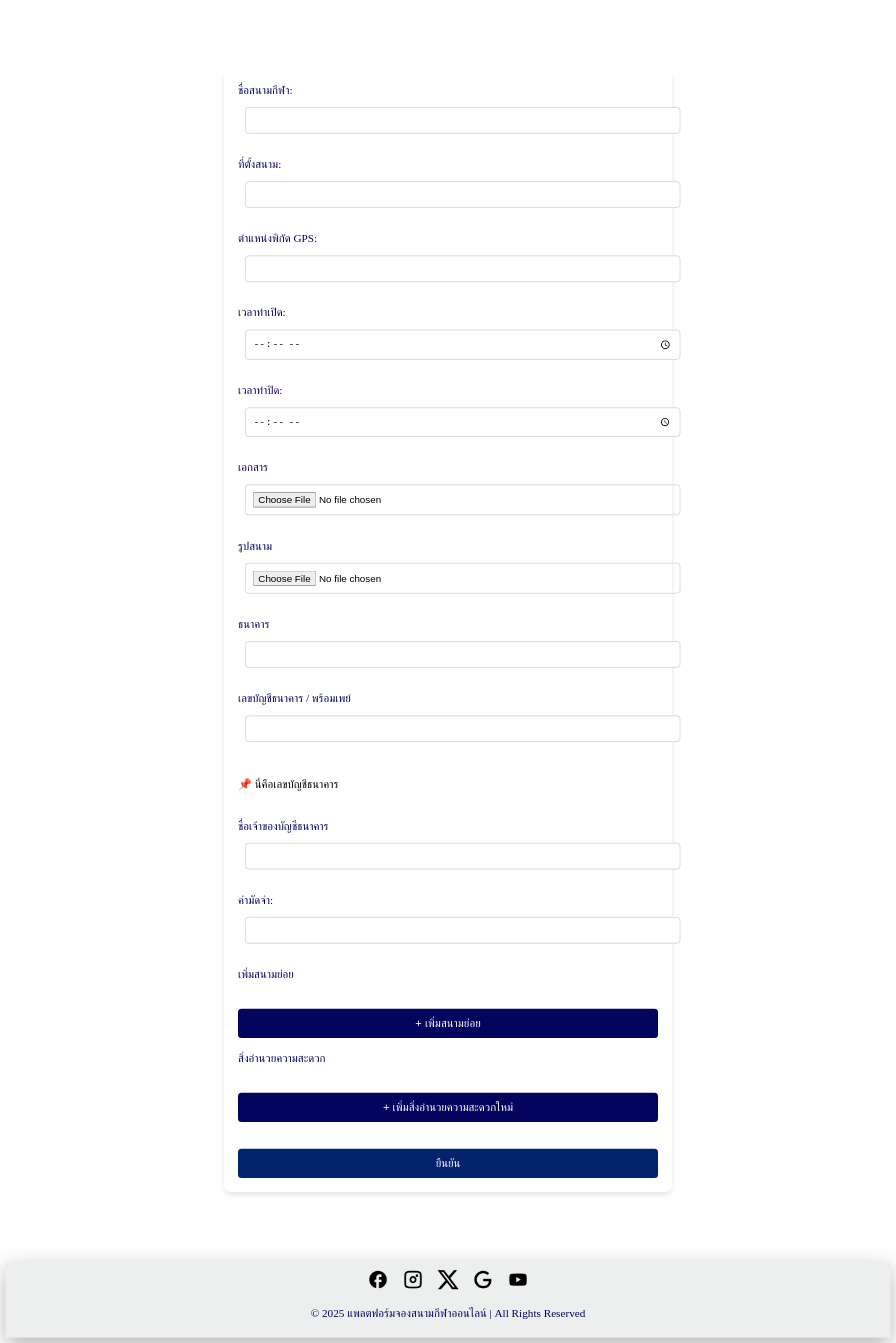
Repository: narawit101/project2
Page: /register-field (app in frontend/)
An editor plug-in stored every save of this project. The page is shown before and after the next save, followed by the edit.
The browser window is 1280 px wide. The pictures show the whole page, at 70% of full size.
The pointer rests on the first visible `.submitbtn`.
The page's requests for data from a server got no answer. The project was rebuilt for these pictures with package versions that can differ from the ones it lists, and the page was loaded fresh each time. The framework's server and built-in components were replaced by stand-ins that run in the browser. No one was signed in, and anything a server would have sent is missing. Also part of the build but not shown: frontend/next.config.js, frontend/next.config.mjs, frontend/src/app/globals.css.

Above is the page before, as saved 2025-03-19 00:17:05.

After the next save:
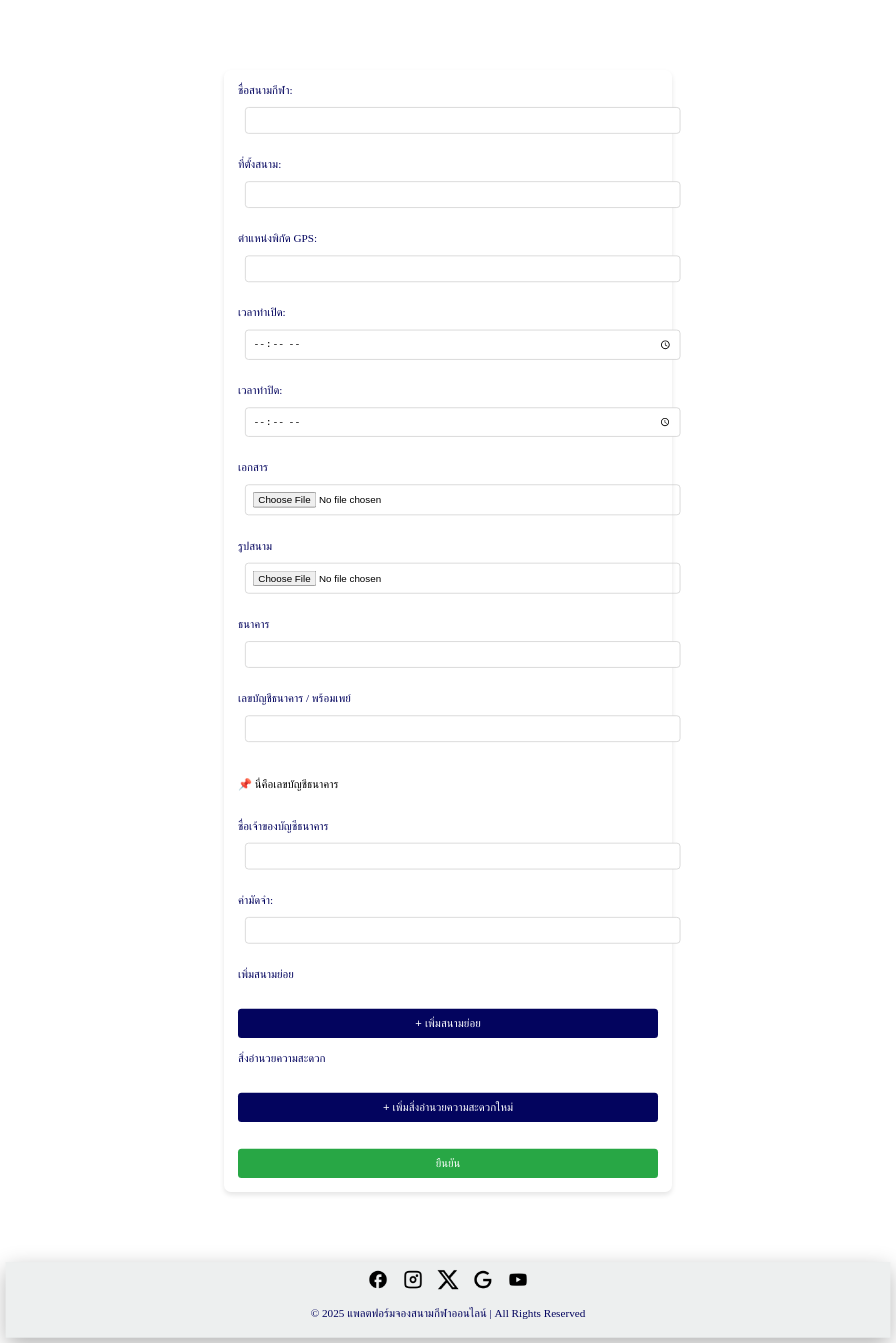
Saved 6 s later.
--- a/frontend/src/app/css/registerFieldForm.css
+++ b/frontend/src/app/css/registerFieldForm.css
@@ -98,7 +98,7 @@ input:focus {
     background-color: #28a745;
 }
 .submitbtn:hover {
-    background: #02226c;
+    background: #28a745;
   }
 
 button {
